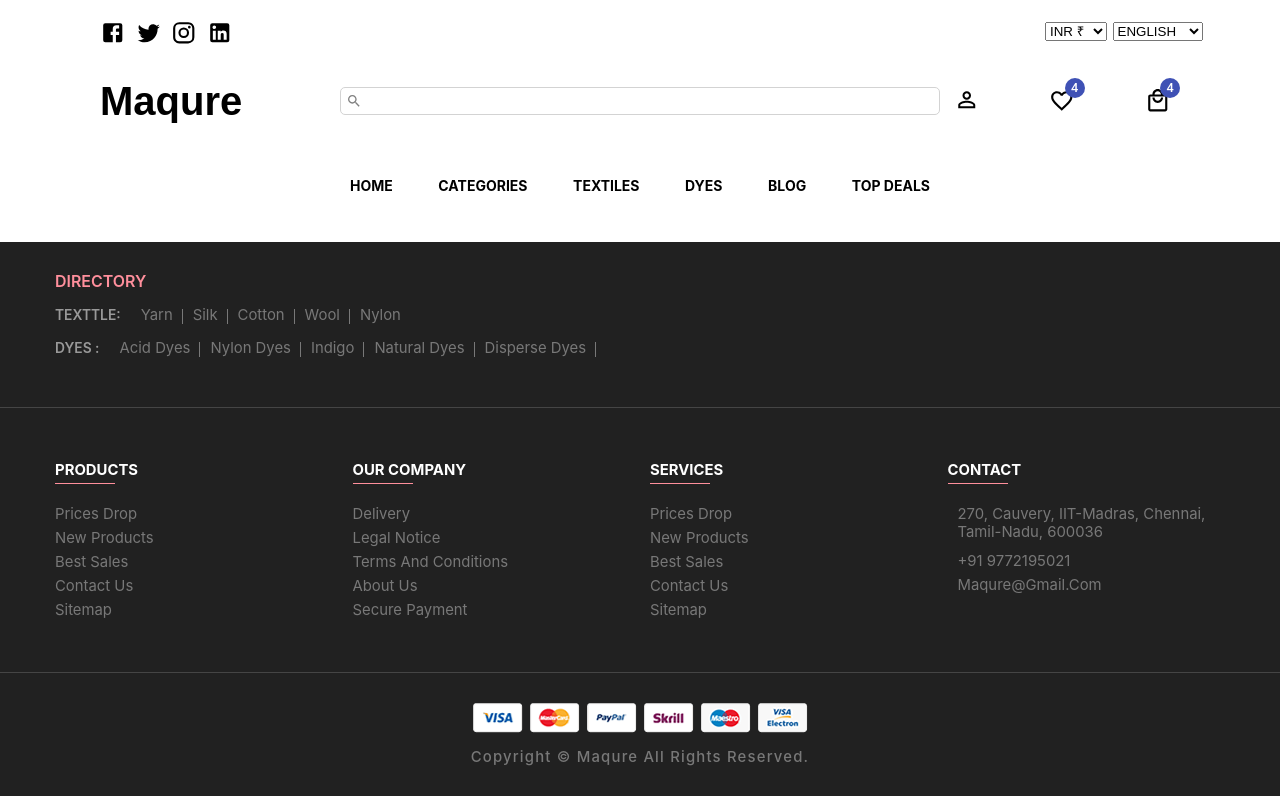
Repository: harshitsingh85420/Maqure
Page: /
The author's editor kept a copy of each file at every save. The page is drawn from the files as they stood at one save, then again after the next save.
The browser window is 1280 px wide. The pictures show the whole page.
The project was rebuilt for these pictures with package versions that can differ from the ones it lists, and the page was loaded fresh each time.

Above is the page before, as saved 2022-05-26 07:03:59.

### src/pages/Home.jsx
import React from 'react'
import Footer from '../components/Footer'
import Header from '../components/Header'
import Header2 from '../components/Header2'
import Navbar from '../components/Navbar'

const Home = () => {
  return (
    <div>
        <Header/>
        <Header2/>
        <Navbar />
        <Footer/>
    </div>
    )
}

export default Home

### src/components/Footer.jsx
import React from 'react'
import './CSS/Footer.css';

function Footer() {
  return (
    <>
<div className="footer">
<div className="footer-category">

<div className="container">

  <h2 className="footer-category-title">Directory</h2>

  <div className="footer-category-box">

    <h3 className="category-box-title">Texttle:</h3>

    <a href="#" className="footer-category-link">Yarn</a>
    <a href="#" className="footer-category-link">Silk</a>
    <a href="#" className="footer-category-link">Cotton</a>
    <a href="#" className="footer-category-link">Wool</a>
    <a href="#" className="footer-category-link">Nylon</a>
  </div>

  <div className="footer-category-box">
    <h3 className="category-box-title">Dyes :</h3>

    <a href="#" className="footer-category-link">Acid Dyes</a>
    <a href="#" className="footer-category-link">Nylon Dyes</a>
    <a href="#" className="footer-category-link">Indigo</a>
    <a href="#" className="footer-category-link">Natural Dyes</a>
    <a href="#" className="footer-category-link">Disperse Dyes</a>
    <a href="#" className="footer-category-link"></a>
  </div>


</div>

</div>

<div className="footer-nav">

<div className="container">


  <ul className="footer-nav-list">

    <li className="footer-nav-item">
      <h2 className="nav-title">Products</h2>
    </li>

    <li className="footer-nav-item">
      <a href="#" className="footer-nav-link">Prices drop</a>
    </li>

    <li className="footer-nav-item">
      <a href="#" className="footer-nav-link">New products</a>
    </li>

    <li className="footer-nav-item">
      <a href="#" className="footer-nav-link">Best sales</a>
    </li>

    <li className="footer-nav-item">
      <a href="#" className="footer-nav-link">Contact us</a>
    </li>

    <li className="footer-nav-item">
      <a href="#" className="footer-nav-link">Sitemap</a>
    </li>

  </ul>

  <ul className="footer-nav-list">

    <li className="footer-nav-item">
      <h2 className="nav-title">Our Company</h2>
    </li>

    <li className="footer-nav-item">
      <a href="#" className="footer-nav-link">Delivery</a>
    </li>

    <li className="footer-nav-item">
      <a href="#" className="footer-nav-link">Legal Notice</a>
    </li>

    <li className="footer-nav-item">
      <a href="#" className="footer-nav-link">Terms and conditions</a>
    </li>

    <li className="footer-nav-item">
      <a href="#" className="footer-nav-link">About us</a>
    </li>

    <li className="footer-nav-item">
      <a href="#" className="footer-nav-link">Secure payment</a>
    </li>

  </ul>

  <ul className="footer-nav-list">

    <li className="footer-nav-item">
      <h2 className="nav-title">Services</h2>
    </li>

    <li className="footer-nav-item">
      <a href="#" className="footer-nav-link">Prices drop</a>
    </li>

    <li className="footer-nav-item">
      <a href="#" className="footer-nav-link">New products</a>
    </li>

    <li className="footer-nav-item">
      <a href="#" className="footer-nav-link">Best sales</a>
    </li>

    <li className="footer-nav-item">
      <a href="#" className="footer-nav-link">Contact us</a>
    </li>

    <li className="footer-nav-item">
      <a href="#" className="footer-nav-link">Sitemap</a>
    </li>

  </ul>

  <ul className="footer-nav-list">

    <li className="footer-nav-item">
      <h2 className="nav-title">Contact</h2>
    </li>

    <li className="footer-nav-item flex">
      <div className="icon-box">
        <ion-icon name="location-outline"></ion-icon>
      </div>

      <address className="content">
        270, Cauvery, IIT-Madras,
        Chennai, Tamil-Nadu,
        600036

      </address>
    </li>

    <li className="footer-nav-item flex">
      <div className="icon-box">
        <ion-icon name="call-outline"></ion-icon>
      </div>

      <a href="tel:+607936-8058" className="footer-nav-link">+91 9772195021</a>
    </li>

    <li className="footer-nav-item flex">
      <div className="icon-box">
        <ion-icon name="mail-outline"></ion-icon>
      </div>

      <a href="mailto:example@gmail.com" className="footer-nav-link">maqure@gmail.com</a>
    </li>

  </ul>

  <ul className="footer-nav-list">

    <li className="footer-nav-item">
      <h2 className="nav-title">Follow Us</h2>
    </li>

    <li>
      <ul className="social-link">

        <li className="footer-nav-item">
          <a href="#" className="footer-nav-link">
            <ion-icon name="logo-facebook"></ion-icon>
          </a>
        </li>

        <li className="footer-nav-item">
          <a href="#" className="footer-nav-link">
            <ion-icon name="logo-twitter"></ion-icon>
          </a>
        </li>

        <li className="footer-nav-item">
          <a href="#" className="footer-nav-link">
            <ion-icon name="logo-linkedin"></ion-icon>
          </a>
        </li>

        <li className="footer-nav-item">
          <a href="#" className="footer-nav-link">
            <ion-icon name="logo-instagram"></ion-icon>
          </a>
        </li>

      </ul>
    </li>

  </ul>

</div>

</div>

<div className="footer-bottom">

<div className="container">

  <img src="./assets/images/payment.png" alt="payment method" className="payment-img"/>

  <p className="copyright">
    Copyright &copy; <a href="#">Maqure</a> all rights reserved.
  </p>

</div>

</div>
</div>
    </>
  )
}

export default Footer

### src/components/Header.jsx
import React from 'react'
import styled from 'styled-components'
import { Twitter, Instagram, LinkedIn, Facebook } from '@material-ui/icons';

const Container = styled.div`

`;
const Wrapper = styled.div`
    padding: 20px 100px;
    display: flex;
    justify-content: space-between;
`;
const Left = styled.div`
    flex: 1;
    display: flex;
    align-items: center;
`;
const MenuItem = styled.div`
font-size: 14px;
cursor: pointer;
margin-right: 10px;
`;

const Center = styled.div`
    flex: 2;
`;
const Right = styled.div`
    flex: 1;
    display: flex;
  align-items: center;
  justify-content: flex-end;
`;
const Money = styled.div`
    width: 25%;
    height: 100%;
    align-items: center;
`;
const Language = styled.div`
   width: 25%;
   height: 100%;
   align-items: center;
`;

const Header = () => {

  return (
    <Container>
    <Wrapper>
        <Left>
        <MenuItem>
          <Facebook/>
        </MenuItem>
        <MenuItem>
          <Twitter />
        </MenuItem>
        <MenuItem>
          <Instagram />
        </MenuItem>
        <MenuItem>
          <LinkedIn />
        </MenuItem>
        </Left>
        <Center>
        </Center>
        <Right>
        <Money>
          <select>
          <option>INR ₹</option>
          <option>USD $</option>
          </select>
          </Money>
          <Language>
          <select><option>ENGLISH</option>
          <option>ESPAÑOL</option>
          <option>FRANÇAIS</option>
          </select>
          </Language>
        </Right>
    </Wrapper>
    </Container>
  )
}

export default Header

### src/components/Header2.jsx
import { Search, FavoriteBorderOutlined, PersonOutlineOutlined, LocalMallOutlined  } from '@material-ui/icons';
import { Badge } from "@material-ui/core";
import React from 'react';
import styled from 'styled-components';


const Container = styled.div`
height: 60px;
`;
const Wrapper = styled.div`
  padding: 10px 40px;
  display: flex;
  align-items: center;
  justify-content: space-between;
`;
const Left = styled.div`
  flex: 1;
  display: flex;
  align-items: center;
`;
const Logo = styled.div`
font-weight: bold;
font-size: 40px;
font-family: "Poppins", sans-serif;
display: flex;
cursor: pointer;
margin-left: 60px;
`;
const Center = styled.div`
  flex: 2;
  display: flex;
`;
const SearchContainer = styled.div`
  border: 0.5px solid lightgray;
  display: flex;
  align-items: center;
  padding: 5px;
  width: 100%;
  border-radius: 5px;
  &:hover{
    border-color: black;
  }
`;
const Input = styled.div`
  border: none;
`;
const Right = styled.div`
  flex: 1;
  display: flex;
  align-items: center;
  justify-content: flex-end;
`;
const MenuItem = styled.div`
font-size: 14px;
cursor: pointer;
margin-right: 70px;
height: 100%;
`;

const Header2 = () => {
  return (
    <Container>
    <Wrapper>
        <Left><Logo>Maqure</Logo></Left>
        <Center>
          <SearchContainer>
          <Input placeholder="Search..." />
          <Search style={{ color: "gray", fontSize: 16 }}/>
          </SearchContainer>
        </Center>
        <Right>
          <MenuItem>
            <PersonOutlineOutlined />
          </MenuItem>
          <MenuItem>
            <Badge badgeContent={4} color="primary">
            <FavoriteBorderOutlined />
            </Badge>
          </MenuItem>
          <MenuItem>
            <Badge badgeContent={4} color="primary">
            <LocalMallOutlined/>
            </Badge>
          </MenuItem>
        </Right>
    </Wrapper>
    </Container>
  )
}

export default Header2

### src/components/Navbar.jsx
import React from 'react'
import styled from 'styled-components'

const Container = styled.div`
`;
const Wrapper = styled.div`
  padding: 30px 40px;
  display: flex;
  align-items: center;
  justify-content: space-between;
  margin-left: 300px;
  margin-right: 300px;
  list-style: none;
display: flex;
a {
  padding: 18px 10px;
  color: black;
  &:hover {
      color: red;
  }
  font-size: 14px;
  font-weight: bold;
  text-decoration: none;
}
`;

const Navbar = () => {
  return (
    <Container>
        <Wrapper>
      <a href="google.com">HOME</a>
      <a href="google.com">CATEGORIES</a>
      <a href="google.com">TEXTILES</a>
      <a href="google.com">DYES</a>
      <a href="google.com">BLOG</a>
      <a href="google.com">TOP DEALS</a>
        </Wrapper>
    </Container>
  )
}

export default Navbar

Loaded but not shown: public/index.html (common file); src/index.js (common file); src/index.css (common file); src/App.js (common file); src/reportWebVitals.js (common file); src/components/CSS/Footer.css (2625 lines, source omitted)

After the next save:
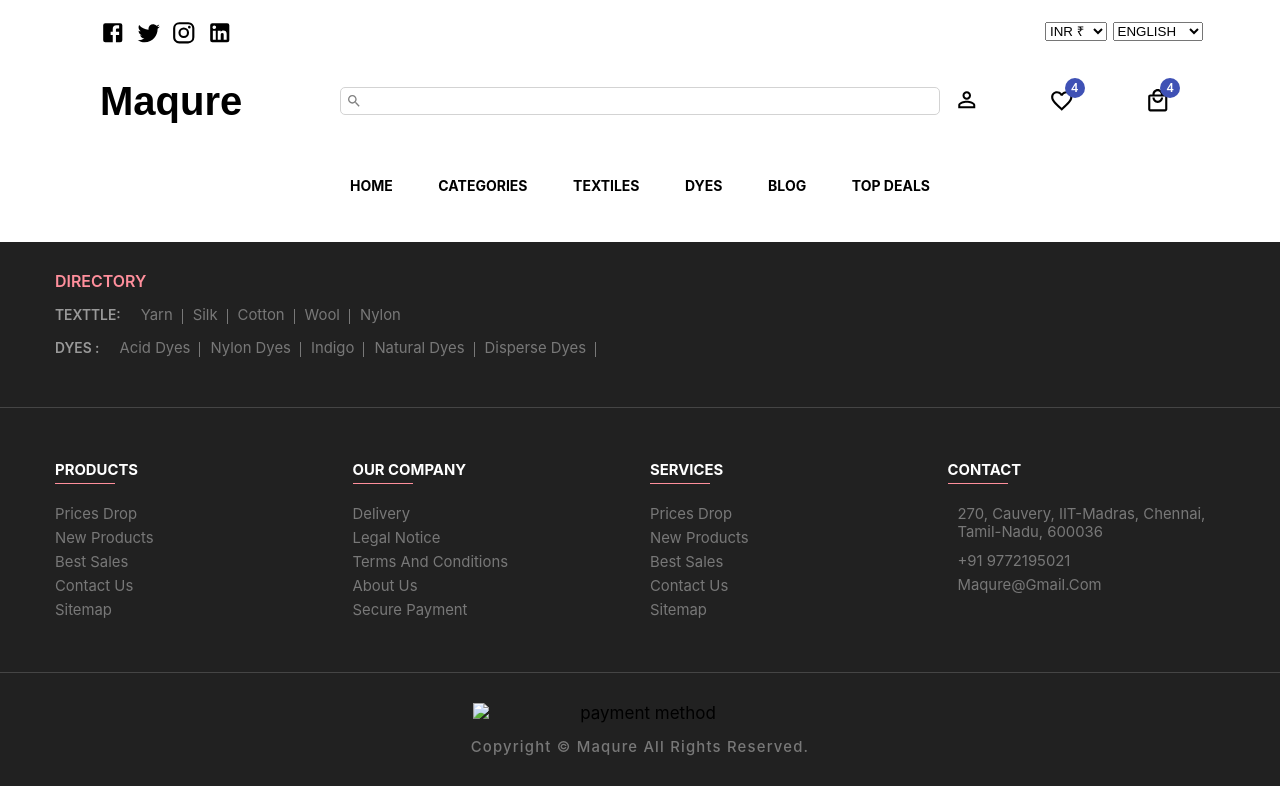
Saved 2 min 29 s later.
--- a/src/components/Footer.jsx
+++ b/src/components/Footer.jsx
@@ -210,7 +210,7 @@
 
 <div className="container">
 
-  <img src="./assets/images/payment.png" alt="payment method" className="payment-img"/>
+  <img src="./" alt="payment method" className="payment-img"/>
 
   <p className="copyright">
     Copyright &copy; <a href="#">Maqure</a> all rights reserved.
